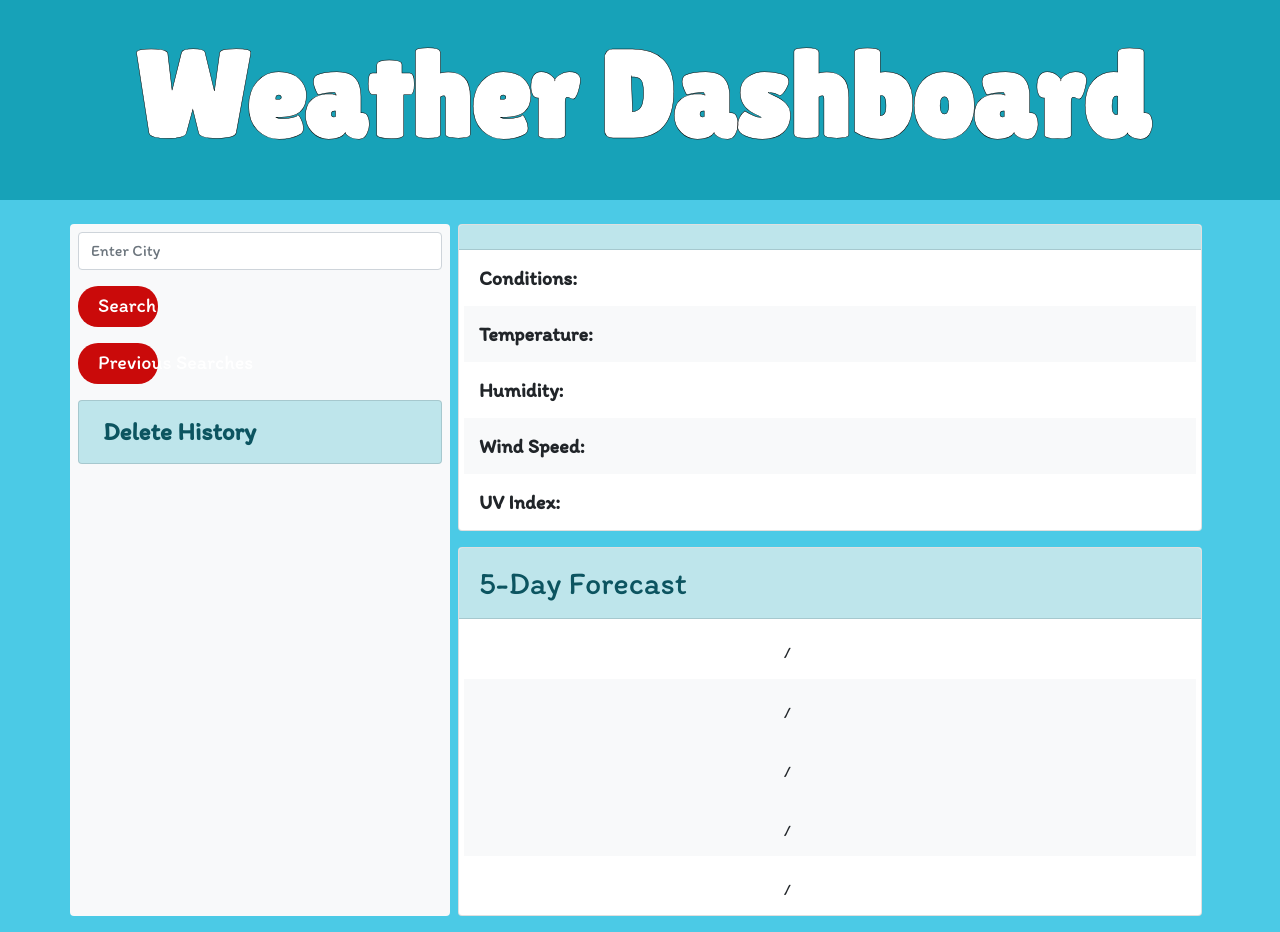
Repository: Jazinha/Hello-kitty-weather
Page: index.html
These files come from the project's save history. The page is drawn as it stood at one moment and after the next save; the edit follows.
The browser window is 1280 px wide. The pictures show the whole page.
Some web libraries are served in a nearby version.

Above is the page before, as saved 2023-02-07 22:40:53.

After the next save:
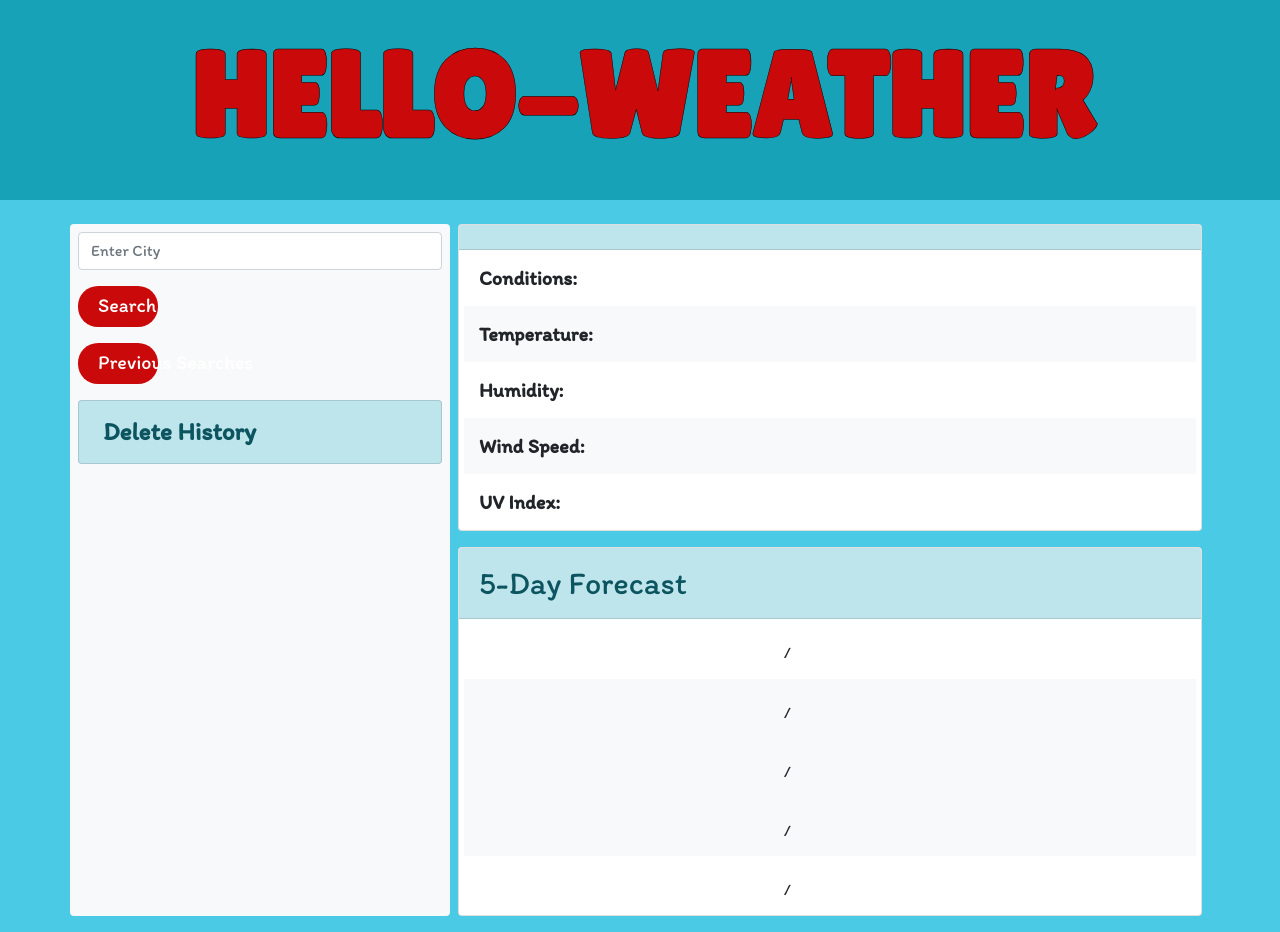
Saved 2 min 43 s later.
--- a/index.html
+++ b/index.html
@@ -89,9 +89,9 @@
     -->
     <!-- Header -->
     <header class="bg-info p-4 mb-2 text-center">
-        <h1 class="font-weight-bold text-white">
+        <h1 class="font-weight-bold text-red">
           <i class="fas fa-cloud-sun mr-1"></i>
-          Weather Dashboard
+          HELLO-WEATHER
         </h1>
         <p id="today" class="h4 text-white"></p>
       </header>
